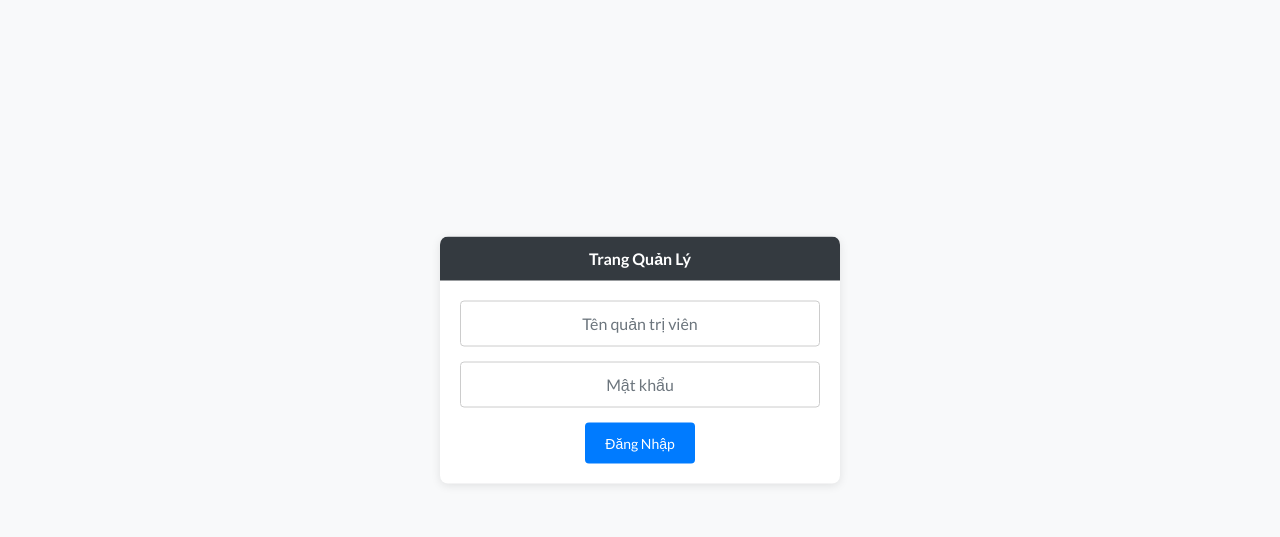
Repository: thongmevn/test_lap_trinh_web
Page: http://localhost/QuanLy_KhachSan/admin/index.php
The author's editor kept a copy of each file at every save. The page is drawn from the files as they stood at one save, then again after the next save.
The browser window is 1280 px wide. The pictures show the whole page.
Some web fonts or font styles are not loaded; a fallback is used. Some web libraries are served in a nearby version. The page is run by PHP 8.4 with error messages shown; the project is at /var/www/html/.

Above is the page before, as saved 2026-05-03 16:09:20.
Console error: TypeError: Cannot read properties of null (reading 'getElementsByTagName')

### admin/index.php
<?php
  require('inc/essentials.php');
  require('inc/db_config.php');

  session_start();
  if((isset($_SESSION['adminLogin']) && $_SESSION['adminLogin']==true)){
    redirect('dashboard.php');
  }
?>

<!DOCTYPE html>
<html lang="en">

<head>
    <meta charset="UTF-8">
    <meta http-equiv="X-UA-Compatible" content="IE=edge">
    <meta name="viewport" content="width=device-width, initial-scale=1.0">
    <title>Admin Login Panel</title>
    <?php require('inc/links.php'); ?>

    <style>
    body {
        background-color: #f8f9fa;
        margin: 0;
        font-family: Arial, sans-serif;
    }

    .login-form {
        position: absolute;
        top: 50%;
        left: 50%;
        transform: translate(-50%, -50%);
        width: 400px;
        background: #fff;
        border-radius: 8px;
        overflow: hidden;
        box-shadow: 0 2px 10px rgba(0, 0, 0, 0.1);
        text-align: center;
    }

    .login-form h4 {
        background-color: #343a40;
        color: #fff;
        padding: 12px;
        margin: 0;
    }

    .form-body {
        padding: 20px;
    }

    .form-control {
        width: 100%;
        padding: 10px;
        margin-bottom: 15px;
        border: 1px solid #ccc;
        border-radius: 4px;
        text-align: center;
        outline: none;
    }

    .form-control:focus {
        border-color: #007bff;
    }

    .btn {
        padding: 10px 20px;
        border: none;
        border-radius: 4px;
        cursor: pointer;
        background-color: #007bff;
        color: #fff;
        font-size: 14px;
    }

    .btn:hover {
        background-color: #0056b3;
    }
    </style>
</head>

<body>

    <div class="login-form">
        <form method="POST">
            <h4>Trang Quản Lý</h4>
            <div class="form-body">
                <input name="admin_name" required type="text" class="form-control" placeholder="Tên quản trị viên">
                <input name="admin_pass" required type="password" class="form-control" placeholder="Mật khẩu">
                <button name="login" type="submit" class="btn">Đăng Nhập</button>
            </div>
        </form>
    </div>


    <?php

    if(isset($_POST['login']))
    {
      $frm_data = filteration($_POST);

      $query = "SELECT * FROM  `admin_cred` WHERE `admin_name`=? AND `admin_pass`=?";
      $values = [$frm_data['admin_name'],$frm_data['admin_pass']];

      $res = select($query,$values,"ss");
      if($res->num_rows==1){
        $row = mysqli_fetch_assoc($res);
        $_SESSION['adminLogin'] = true;
        $_SESSION['adminId'] = $row['sr_no'];
        redirect('dashboard.php');
      }
      else{
        alert('error','Đăng nhập thất bại!');
      }
    }

  ?>

    <?php require('inc/scripts.php') ?>
</body>

</html>

### admin/inc/essentials.php
<?php

  //frontend purpose data
  define('SITE_URL', 'http://localhost/QuanLy_KhachSan/');
  define('ABOUT_IMG_PATH',SITE_URL.'images/about/');
  define('CAROUSEL_IMG_PATH',SITE_URL.'images/carousel/');
  define('FACILITIES_IMG_PATH',SITE_URL.'images/facilities/');
  define('ROOMS_IMG_PATH',SITE_URL.'images/rooms/');
  define('USERS_IMG_PATH',SITE_URL.'images/users/');

  //backend upload process needs this data

  define('UPLOAD_IMAGE_PATH',$_SERVER['DOCUMENT_ROOT'].'/QuanLy_KhachSan/images/');
  define('ABOUT_FOLDER','about/');
  define('CAROUSEL_FOLDER','carousel/');
  define('FACILITIES_FOLDER','facilities/');
  define('ROOMS_FOLDER','rooms/');
  define('USERS_FOLDER','users/');

	function adminLogin() {
		session_start();
		if(!(isset($_SESSION['adminLogin']) && $_SESSION['adminLogin'] == true)){
			echo"<script>window.location.href='index.php'</script>";
			exit;
		}
	}

	function redirect($url) {
		echo "<script>window.location.href='$url'</script>";
		exit;
	}

	function alert($type, $msg) {

		$css_class = ($type == 'success') ? 'alert-success' : 'alert-danger';

		echo <<<alert
			<div class="custom-alert $css_class">
				<span>$msg</span>
				<button onclick="this.parentElement.style.display='none'">&times;</button>
			</div>
		alert;
	}

  function uploadImage($image, $folder)
  {
    $valid_mime = ['image/jpeg', 'image/png', 'image/webp'];
    $img_mime = $image['type'];

    if (!in_array($img_mime, $valid_mime)) {
       return 'inv_img';
    } else if (($image['size'] / (1024 * 1024)) > 2) {
      return 'inv_size';
    } else {
      $img_path = UPLOAD_IMAGE_PATH . $folder . basename($image['name']);
      if (move_uploaded_file($image['tmp_name'], $img_path)) {
        return basename($image['name']);
      } else {
        return 'upd_failed';
      }
    }
  }

  function deleteImage($image, $folder)
  {
    if(unlink(UPLOAD_IMAGE_PATH.$folder.$image)){
      return true;
    }
    else{
      return false;
    }
  }

  function uploadSVGImage($image,$folder)
  {
    $valid_mime = ['image/svg+xml'];
    $img_mime = $image['type'];

    if(!in_array($img_mime,$valid_mime)){
      return 'Không hỗ trợ định dạng này!';
    }
    else if(($image['size']/(1024*1024))>1){
      return 'Vui lòng chọn hình ảnh dưới 2MB!';
    }
    else{
      $ext = pathinfo($image['name'],PATHINFO_EXTENSION);
      $rname = 'IMG_'.random_int(11111,99999).".$ext";

      $img_path = UPLOAD_IMAGE_PATH.$folder.$rname;
      if(move_uploaded_file($image['tmp_name'],$img_path)){
        return $rname;
      }
      else{
        return 'Tải lên hình ảnh thất bại!';
      }
    }
  }

	function uploadUserImage($image)
  {
    $valid_mime = ['image/jpeg','image/png','image/webp'];
    $img_mime = $image['type'];

    if(!in_array($img_mime,$valid_mime)){
      return 'inv_img';
    }
    else
    {
      $ext = pathinfo($image['name'],PATHINFO_EXTENSION);
      $rname = 'IMG_'.random_int(11111,99999).".jpeg";

      $img_path = UPLOAD_IMAGE_PATH.USERS_FOLDER.$rname;

      if($ext == 'png' || $ext == 'PNG') {
        $img = imagecreatefrompng($image['tmp_name']);
      }
      else if($ext == 'webp' || $ext == 'WEBP') {
        $img = imagecreatefromwebp($image['tmp_name']);
      }
      else{
        $img = imagecreatefromjpeg($image['tmp_name']);
      }

      if(imagejpeg($img,$img_path,75)){
        return $rname;
      }
      else{
        return 'upd_failed';
      }
    }
  }
?>

<style>
/* custom alert thay bootstrap */
.custom-alert {
    position: fixed;
    top: 20px;
    right: 20px;
    padding: 12px 16px;
    border-radius: 6px;
    color: #fff;
    display: flex;
    align-items: center;
    gap: 10px;
    z-index: 9999;
}

.custom-alert button {
    background: none;
    border: none;
    color: #fff;
    font-size: 18px;
    cursor: pointer;
}

.alert-success {
    background: #198754;
}

.alert-danger {
    background: #dc3545;
}
</style>

### admin/inc/db_config.php
<?php

// Load environment variables from .env if available
if (file_exists(__DIR__ . '../../.env')) {
  $lines = file(__DIR__ . '../../.env', FILE_IGNORE_NEW_LINES | FILE_SKIP_EMPTY_LINES);
  foreach ($lines as $line) {
    if (strpos(trim($line), '#') === 0) continue;
    list($name, $value) = array_map('trim', explode('=', $line, 2));
    if (!array_key_exists($name, $_ENV)) {
      putenv("{$name}={$value}");
      $_ENV[$name] = $value;
    }
  }
}

$hname = getenv('DB_HOST') ?: 'localhost';
$uname = getenv('DB_USER') ?: 'root';
$pass = getenv('DB_PASS') ?: '';
$db   = getenv('DB_NAME') ?: 'quanlykhachsan';

$con = mysqli_connect($hname, $uname, $pass, $db);

if(!$con){
  die("Cannot Connect to Database".mysqli_connect_error());
}

function filteration($data) {
  foreach($data as $key => $value){
    $value = trim($value);
    $value = htmlspecialchars($value);
    $value = stripslashes($value);
    $value = strip_tags($value);
    $data[$key] = $value;
  }
  return $data;
}

function selectAll($table) {
  $con = $GLOBALS['con'];
  $res = mysqli_query($con, "SELECT * FROM $table");
  return $res;
}

function select($sql, $values, $datatypes) {
  $con = $GLOBALS['con'];
  if($stmt = mysqli_prepare($con, $sql)){
    if($datatypes != ''){
      mysqli_stmt_bind_param($stmt, $datatypes, ...$values);
    }
    if(mysqli_stmt_execute($stmt)){
      $res = mysqli_stmt_get_result($stmt);
      mysqli_stmt_close($stmt);
      return $res;
    }
    else{
      mysqli_stmt_close($stmt);
      die("Query cannot be executed - Execute");
    }
  }
  else{
    die("Query cannot be executed - Select");
  }
}

function update($sql, $values, $datatypes) {
  $con = $GLOBALS['con'];
  if($stmt = mysqli_prepare($con, $sql)){
    if($datatypes != ''){
      mysqli_stmt_bind_param($stmt, $datatypes, ...$values);
    }
    if(mysqli_stmt_execute($stmt)){
      $res = mysqli_stmt_affected_rows($stmt);
      mysqli_stmt_close($stmt);
      return $res;
    }
    else{
      mysqli_stmt_close($stmt);
      die("Query cannot be executed - Update");
    }
  }
  else{
    die("Query cannot be executed - Update");
  }
}

function insert($sql,$values,$datatypes) {
  $con = $GLOBALS['con'];
  if($stmt = mysqli_prepare($con, $sql)){
    if($datatypes != ''){
      mysqli_stmt_bind_param($stmt, $datatypes, ...$values);
    }
    if(mysqli_stmt_execute($stmt)){
      $res = mysqli_stmt_affected_rows($stmt);
      mysqli_stmt_close($stmt);
      return $res;
    }
    else{
      mysqli_stmt_close($stmt);
      die("Query cannot be executed - Insert");
    }
  }
  else{
    die("Query cannot be executed - Insert");
  }
}

function delete($sql, $values, $datatypes) {
  $con = $GLOBALS['con'];
  if($stmt = mysqli_prepare($con, $sql)){
    if($datatypes != ''){
      mysqli_stmt_bind_param($stmt, $datatypes, ...$values);
    }
    if(mysqli_stmt_execute($stmt)){
      $res = mysqli_stmt_affected_rows($stmt);
      mysqli_stmt_close($stmt);
      return $res;
    }
    else{
      mysqli_stmt_close($stmt);
      die("Query cannot be executed - Delete");
    }
  }
  else{
    die("Query cannot be executed - Delete");
  }
}
?>

### admin/inc/links.php
<link rel="stylesheet" href="https://cdn.jsdelivr.net/npm/bootstrap-icons@1.9.1/font/bootstrap-icons.css">
<link rel="preconnect" href="https://fonts.googleapis.com">
<link rel="preconnect" href="https://fonts.gstatic.com" crossorigin>
<link
    href="https://fonts.googleapis.com/css2?family=Lato:ital,wght@0,100;0,300;0,400;0,700;0,900;1,100;1,300;1,400;1,700;1,900&family=Merriweather:ital,wght@0,300;0,400;0,700;0,900;1,300;1,400;1,700;1,900&display=swap"
    rel="stylesheet">
<link rel="stylesheet" href="css/bootstrap-replacement.css">
<link rel="stylesheet" href="css/modal-collapse-replacement.css">
<link rel="stylesheet" href="css/common.css">

### admin/inc/scripts.php
<script src="https://cdn.jsdelivr.net/npm/bootstrap@5.0.2/dist/js/bootstrap.bundle.min.js"
    integrity="sha384-MrcW6ZMFYlzcLA8Nl+NtUVF0sA7MsXsP1UyJoMp4YLEuNSfAP+JcXn/tWtIaxVXM" crossorigin="anonymous">
</script>

<script>
function alert(type, msg, position = 'body') {
    let bs_class = (type == 'success') ? 'alert-success' : 'alert-danger';
    let element = document.createElement('div');
    element.innerHTML = `
      <div class="alert ${bs_class} alert-dismissible fade show" role="alert">
        <strong class="me-3">${msg}</strong>
        <button type="button" class="btn-close" data-bs-dismiss="alert" aria-label="Close"></button>
      </div>
    `;

    if (position == 'body') {
        document.body.append(element);
        element.classList.add('custom-alert');
    } else {
        document.getElementById(position).appendChild(element);
    }
    setTimeout(remAlert, 2000);
}

function remAlert() {
    document.getElementsByClassName('alert')[0].remove();
}


function setActive() {
    let navbar = document.getElementById('dashboard-menu');
    let a_tags = navbar.getElementsByTagName('a');

    for (i = 0; i < a_tags.length; i++) {
        let file = a_tags[i].href.split('/').pop();
        let file_name = file.split('.')[0];

        if (document.location.href.indexOf(file_name) >= 0) {
            a_tags[i].classList.add('active');
        }

    }
}
setActive();
</script>

### admin/css/common.css
/* ============================================
   GLOBAL ADMIN STYLES - Eco-Friendly Stay Theme
   ============================================ */

/* Color Palette - Standardized */
:root {
  /* Primary: Forest green */
  --primary-color: #2D6A4F;
  --primary-hover: #1f4d38;

  /* Secondary: Light moss green */
  --secondary-color: #B7E4C7;

  /* Accent: Cream */
  --accent-color: #FFF8E1;

  /* Background: Earthy tan */
  --bg-tan: #DDA15E;

  /* Neutral colors */
  --white: #ffffff;
  --black: #000000;
  --gray-light: #f1f1f1;
  --gray-dark: #242424;

  /* Font sizing */
  --font-main: 'Lato', sans-serif;
  --font-heading: 'Merriweather', serif;
}

/* ============================================
   RESET & BASE STYLES
   ============================================ */

* {
  font-family: var(--font-main);
  box-sizing: border-box;
}

html,
body {
  margin: 0;
  padding: 0;
}

/* ============================================
   TYPOGRAPHY
   ============================================ */

.h-font {
  font-family: var(--font-heading);
}

/* ============================================
   FORM ELEMENTS
   ============================================ */

/* Remove spinner buttons from number inputs */
input::-webkit-outer-spin-button,
input::-webkit-inner-spin-button {
  -webkit-appearance: none;
  margin: 0;
}

input[type="number"] {
  -moz-appearance: textfield;
}

/* ============================================
   UTILITY CLASSES
   ============================================ */

.custom-bg {
  background-color: var(--primary-color);
  border: 1px solid var(--primary-color);
  transition: all 0.3s ease;
}

.custom-bg:hover {
  background-color: var(--primary-hover);
  border-color: var(--primary-hover);
}

.h-line {
  width: 150px;
  height: 1.7px;
  margin: 0 auto;
  background-color: var(--primary-color);
}

.custom-alert {
  position: fixed;
  top: 80px;
  right: 25px;
  z-index: 1111;
}

/* ============================================
   DASHBOARD LAYOUT
   ============================================ */

#dashboard-menu {
  position: fixed;
  height: 100%;
  z-index: 11;
}

#main-content {
  transition: margin 0.3s ease;
}

/* ============================================
   SCROLLBAR STYLING
   ============================================ */

/* Track */
::-webkit-scrollbar {
  width: 10px;
  height: 10px;
}

::-webkit-scrollbar-track {
  background: var(--gray-light);
}

/* Thumb/Handle */
::-webkit-scrollbar-thumb {
  background: var(--gray-dark);
  border-radius: 5px;
}

::-webkit-scrollbar-thumb:hover {
  background: #555;
}

/* ============================================
   RESPONSIVE DESIGN
   ============================================ */

@media screen and (max-width: 991px) {
  #dashboard-menu {
    height: auto;
    width: 100%;
  }

  #main-content {
    margin-top: 60px;
  }
}

### css/modal-collapse-replacement.css
/**
 * Bootstrap-like Modal & Collapse Styles
 * Replacement for Bootstrap modal and collapse CSS
 */

/* ============================================
   MODAL STYLES
   ============================================ */

.modal {
  position: fixed;
  top: 0;
  left: 0;
  z-index: 1040;
  width: 100%;
  height: 100%;
  overflow: hidden;
  outline: 0;
  display: none;
  background-color: rgba(0, 0, 0, 0.5);
}

.modal.fade {
  transition: opacity 0.15s linear;
  opacity: 0;
}

.modal.show {
  opacity: 1;
  display: block;
}

.modal-dialog {
  position: relative;
  width: auto;
  margin: 1.75rem auto;
  pointer-events: none;
}

.modal-dialog.modal-sm {
  max-width: 300px;
}

.modal-dialog {
  max-width: 500px;
}

.modal-dialog.modal-lg {
  max-width: 800px;
}

.modal-dialog.modal-xl {
  max-width: 1140px;
}

@media (max-width: 576px) {
  .modal-dialog {
    margin: 0.5rem;
    max-width: calc(100% - 1rem);
  }
}

.modal-dialog-scrollable {
  max-height: calc(100% - 3.5rem);
  overflow-y: auto;
}

.modal-dialog-scrollable .modal-body {
  overflow-y: auto;
  max-height: calc(100vh - 200px);
}

.modal-dialog-centered {
  display: flex;
  align-items: center;
  min-height: calc(100% - 3.5rem);
}

.modal-content {
  position: relative;
  display: flex;
  flex-direction: column;
  width: 100%;
  pointer-events: auto;
  background-color: #fff;
  background-clip: padding-box;
  border: 1px solid rgba(0, 0, 0, 0.2);
  border-radius: 0.3rem;
  outline: 0;
}

.modal-backdrop {
  position: fixed;
  top: 0;
  left: 0;
  z-index: 1030;
  width: 100vw;
  height: 100vh;
  background-color: #000;
  opacity: 0;
  display: none;
}

.modal-backdrop.fade {
  transition: opacity 0.15s linear;
}

.modal-backdrop.show {
  opacity: 0.5;
  display: block;
}

.modal-header {
  display: flex;
  flex-shrink: 0;
  align-items: center;
  justify-content: space-between;
  padding: 1rem;
  border-bottom: 1px solid #dee2e6;
  border-top-left-radius: calc(0.3rem - 1px);
  border-top-right-radius: calc(0.3rem - 1px);
}

.modal-header .btn-close {
  padding: 0.5rem;
  background: transparent;
  border: 0;
  font-size: 1.5rem;
  font-weight: 700;
  line-height: 1;
  color: #000;
  text-shadow: 0 1px 0 #fff;
  opacity: 0.5;
  cursor: pointer;
  transition: opacity 0.15s ease-in-out;
}

.modal-header .btn-close:hover,
.modal-header .btn-close:focus {
  opacity: 0.75;
}

.modal-title {
  margin-bottom: 0;
  line-height: 1.5;
  font-size: 1.25rem;
  font-weight: 500;
}

.modal-body {
  position: relative;
  flex: 1 1 auto;
  padding: 1rem;
}

.modal-footer {
  display: flex;
  flex-wrap: wrap;
  flex-shrink: 0;
  align-items: center;
  justify-content: flex-end;
  padding: 0.75rem;
  border-top: 1px solid #dee2e6;
  border-bottom-right-radius: calc(0.3rem - 1px);
  border-bottom-left-radius: calc(0.3rem - 1px);
}

.modal-footer > * {
  margin: 0.25rem;
}

/* ============================================
   COLLAPSE STYLES
   ============================================ */

.collapse {
  display: none;
}

.collapse.show {
  display: block;
}

.collapse.collapsing {
  height: 0;
  overflow: hidden;
  transition: height 0.35s ease;
}

/* ============================================
   DROPDOWN STYLES
   ============================================ */

.btn-group {
  position: relative;
  display: inline-flex;
  vertical-align: middle;
}

.dropdown-menu {
  position: absolute;
  top: 100%;
  left: 0;
  z-index: 1000;
  display: none;
  min-width: 10rem;
  padding: 0.5rem 0;
  margin: 0.125rem 0 0;
  font-size: 1rem;
  color: #212529;
  text-align: left;
  list-style: none;
  background-color: #fff;
  background-clip: padding-box;
  border: 1px solid rgba(0, 0, 0, 0.15);
  border-radius: 0.25rem;
}

.dropdown-menu.show {
  display: block;
}

.dropdown-menu-lg-end {
  right: 0;
  left: auto;
}

.dropdown-item {
  display: block;
  width: 100%;
  padding: 0.25rem 1.5rem;
  clear: both;
  font-weight: 400;
  color: #212529;
  text-align: inherit;
  white-space: nowrap;
  background-color: transparent;
  border: 0;
  cursor: pointer;
  text-decoration: none;
  transition:
    color 0.15s ease-in-out,
    background-color 0.15s ease-in-out;
}

.dropdown-item:hover,
.dropdown-item:focus {
  color: #16213e;
  background-color: #e9ecef;
}

.dropdown-toggle::after {
  display: inline-block;
  margin-left: 0.255em;
  vertical-align: 0.255em;
  content: "";
  border-top: 0.3em solid;
  border-right: 0.3em solid transparent;
  border-bottom: 0;
  border-left: 0.3em solid transparent;
}

.btn-group .btn:not(:last-child) {
  border-top-right-radius: 0;
  border-bottom-right-radius: 0;
}

.btn-group .btn:not(:first-child) {
  margin-left: -1px;
  border-top-left-radius: 0;
  border-bottom-left-radius: 0;
}

/* Handle dropdown toggle button */
.dropdown-toggle {
  white-space: nowrap;
}

/* ============================================
   NAVBAR TOGGLER
   ============================================ */

.navbar-toggler {
  padding: 0.25rem 0.75rem;
  font-size: 1.25rem;
  line-height: 1;
  background-color: transparent;
  border: 1px solid rgba(0, 0, 0, 0.1);
  border-radius: 0.25rem;
}

.navbar-toggler:focus {
  text-decoration: none;
  outline: 0;
  box-shadow: 0 0 0 0.2rem rgba(0, 123, 255, 0.25);
}

.navbar-toggler-icon {
  display: inline-block;
  width: 1.5em;
  height: 1.5em;
  vertical-align: middle;
  content: "";
  background: no-repeat center center;
  background-size: 100% 100%;
  background-image: url("data:[embedded picture, 250 characters]");
}

/* ============================================
   SCROLLBAR FIX FOR MODAL
   ============================================ */

body.modal-open {
  overflow: hidden;
}

/* ============================================
   STICKY TOP
   ============================================ */

.sticky-top {
  position: sticky;
  top: 0;
  z-index: 1020;
}

/* ============================================
   MARGIN UTILITIES FOR NAVBAR
   ============================================ */

.me-1 {
  margin-right: 0.25rem;
}
.me-2 {
  margin-right: 0.5rem;
}
.me-3 {
  margin-right: 1rem;
}
.me-4 {
  margin-right: 1.5rem;
}
.me-5 {
  margin-right: 3rem;
}

.mb-2 {
  margin-bottom: 0.5rem;
}
.mb-3 {
  margin-bottom: 1rem;
}
.mb-4 {
  margin-bottom: 1.5rem;
}

.mb-lg-0 {
  margin-bottom: 0;
}

.fs-1 {
  font-size: 2rem;
}
.fs-2 {
  font-size: 1.5rem;
}
.fs-3 {
  font-size: 1.25rem;
}
.fs-4 {
  font-size: 1rem;
}
.fs-5 {
  font-size: 0.875rem;
}
.fs-6 {
  font-size: 0.75rem;
}

.px-lg-3 {
  padding-left: 1rem;
  padding-right: 1rem;
}
.py-lg-2 {
  padding-top: 0.5rem;
  padding-bottom: 0.5rem;
}

.text-decoration-none {
  text-decoration: none;
}

.ps-0 {
  padding-left: 0;
}

Loaded but not shown: admin/css/bootstrap-replacement.css (library)

After the next save:
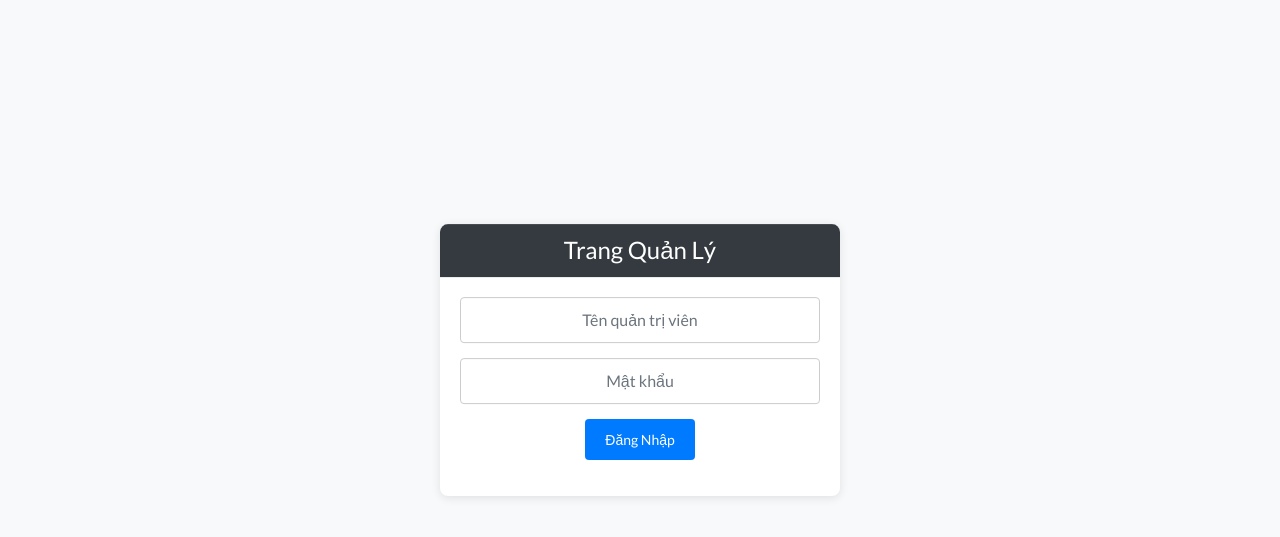
Saved 2 min 42 s later.
--- a/admin/inc/links.php
+++ b/admin/inc/links.php
@@ -4,6 +4,8 @@
 <link
     href="https://fonts.googleapis.com/css2?family=Lato:ital,wght@0,100;0,300;0,400;0,700;0,900;1,100;1,300;1,400;1,700;1,900&family=Merriweather:ital,wght@0,300;0,400;0,700;0,900;1,300;1,400;1,700;1,900&display=swap"
     rel="stylesheet">
-<link rel="stylesheet" href="css/bootstrap-replacement.css">
-<link rel="stylesheet" href="css/modal-collapse-replacement.css">
+
+<!-- Link Bootstrap 5 CDN -->
+<link href="https://cdn.jsdelivr.net/npm/bootstrap@5.0.2/dist/css/bootstrap.min.css" rel="stylesheet">
+
 <link rel="stylesheet" href="css/common.css">
